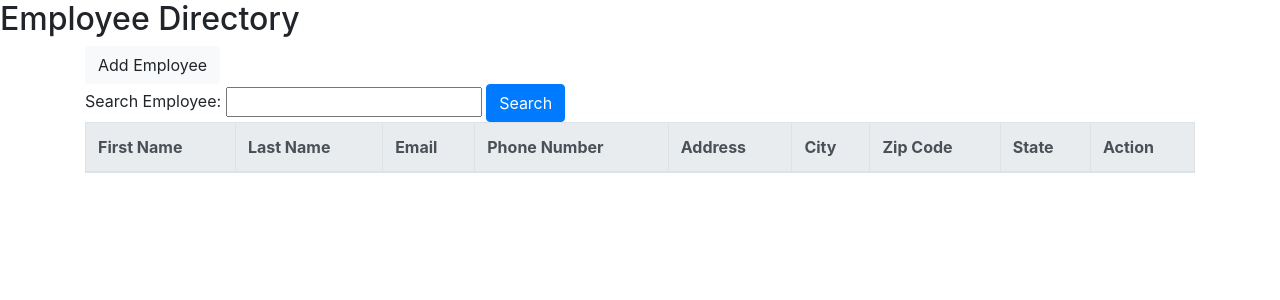
Repository: TChristian315/directory_app
Page: http://localhost/directoryapp/directory.jsp
The author's editor kept a copy of each file at every save. The page is drawn from the files as they stood at one save, then again after the next save.
The browser window is 1280 px wide. The pictures show the whole page.
Some web libraries are served in a nearby version. The page is served by Tomcat 9. The template is opened directly, without the code that normally fills it, so the values that code supplies are empty.

Above is the page before, as saved 2018-05-23 18:20:53.

After the next save:
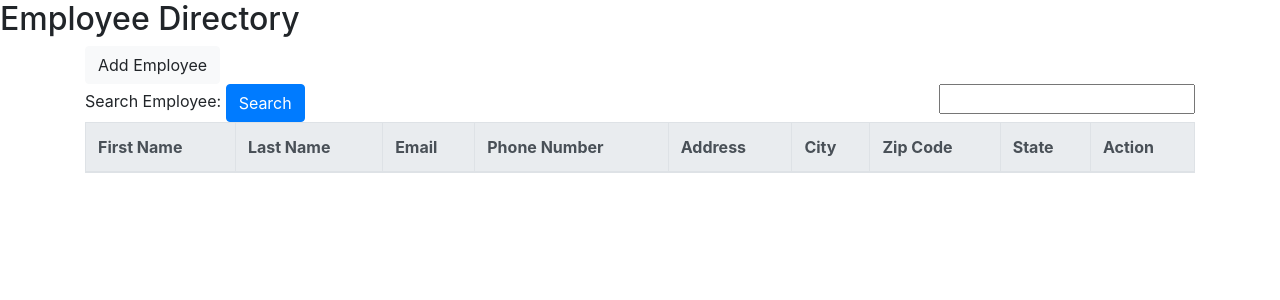
Saved 51 s later.
--- a/Workspaces/directoryapp/WebContent/directory.jsp
+++ b/Workspaces/directoryapp/WebContent/directory.jsp
@@ -26,7 +26,7 @@
 					class="btn btn-light" style="" />
 				<form action="EmployeeControllerServlet" method="GET">
 					<input type="hidden" nme="command" value="SEARCH "/>
-					Search Employee: <input type="text" name="theSearchName" />
+					Search Employee: <input type="text" name="theSearchName" style="float: right" />
 					<input type="submit" value="Search" class="btn btn-primary" />
 				</form>
 

After the save that followed:
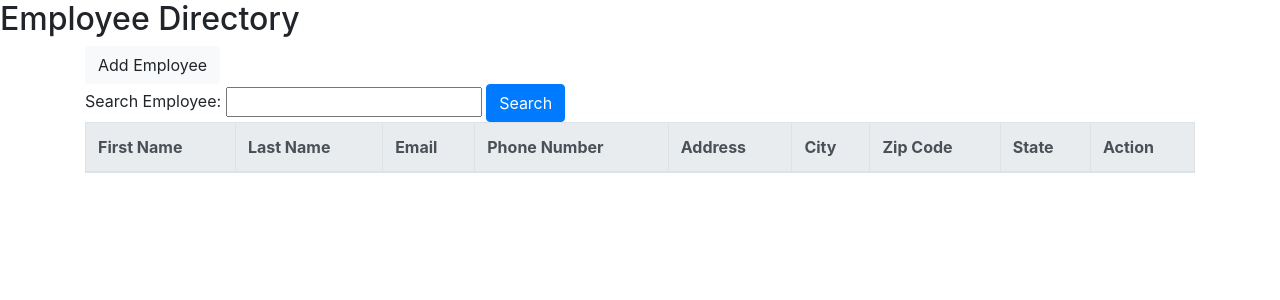
Saved 30 s later.
--- a/Workspaces/directoryapp/WebContent/directory.jsp
+++ b/Workspaces/directoryapp/WebContent/directory.jsp
@@ -26,7 +26,7 @@
 					class="btn btn-light" style="" />
 				<form action="EmployeeControllerServlet" method="GET">
 					<input type="hidden" nme="command" value="SEARCH "/>
-					Search Employee: <input type="text" name="theSearchName" style="float: right" />
+					Search Employee: <input type="text" name="theSearchName" />
 					<input type="submit" value="Search" class="btn btn-primary" />
 				</form>
 
